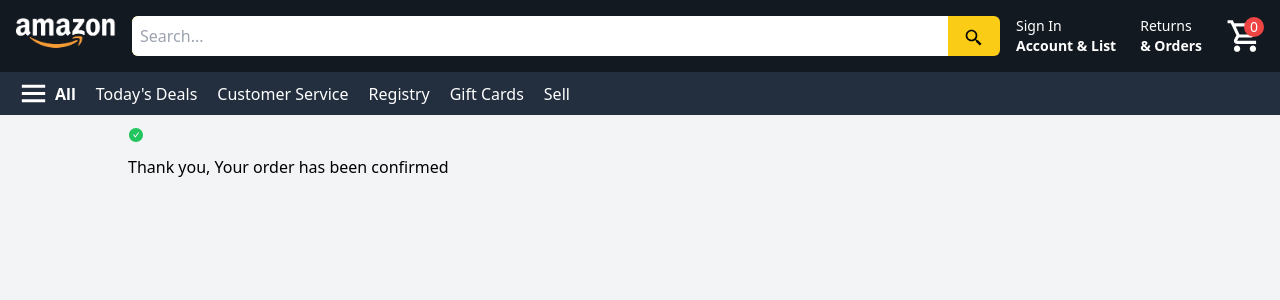
Repository: Excell-09/amazon-clone
Page: /success
These files come from the project's save history. The page is drawn as it stood at one moment and after a run of saves; the edit follows.
The browser window is 1280 px wide. The pictures show the whole page.
The page's requests for data from a server got no answer. The project was rebuilt for these pictures with package versions that can differ from the ones it lists, and the page was loaded fresh each time. The framework's server and built-in components were replaced by stand-ins that run in the browser. No one was signed in, and anything a server would have sent is missing. Also part of the build but not shown: next.config.js.

Above is the page before, as saved 2023-02-15 15:03:06.

### src/pages/success.js
import Header from '@/components/Header';
import React from 'react';
import { AiFillCheckCircle } from 'react-icons/ai';

const success = () => {
  return (
    <div className=' min-h-screen'>
      <Header />
      <main className='max-w-screen-lg mx-auto'>
        <div>
          <div>
            <AiFillCheckCircle className='text-green-500 h-10' />
            <h1 className=''>Thank you, Your order has been confirmed</h1>
          </div>
        </div>
      </main>
    </div>
  );
};

export default success;

### src/styles/globals.css
@tailwind base;
@tailwind components;
@tailwind utilities;

@layer base {
  body {
    @apply bg-gray-100;
  }
}
@layer components {
  .link {
    @apply cursor-pointer hover:underline;
  }
  .button {
    @apply p-2 bg-gradient-to-b from-yellow-300 to-yellow-400 border border-yellow-300 rounded-sm focus:outline-none focus:ring-2 focus:ring-yellow-500 active:from-yellow-500;
  }
}

.scroll-hidden::-webkit-scrollbar {
  display: none;
}

### src/app/store.js
import { configureStore } from '@reduxjs/toolkit';
import cartSlice from '@/slice/cartSlice';

export const store = configureStore({
  reducer: {
    cart: cartSlice,
  },
});

### src/components/Header.js
import Image from 'next/image';
import { BiSearchAlt2 } from 'react-icons/bi';
import { MdOutlineShoppingCart } from 'react-icons/md';
import { BiMenu } from 'react-icons/bi';
import { useSession, signIn, signOut } from 'next-auth/react';
import { useState } from 'react';
import { useRouter } from 'next/router';
import { useSelector } from 'react-redux';
import { selectItem } from '@/slice/cartSlice';
import { Logo } from '@/assets/image';

const Header = () => {
  const { data: session } = useSession();
  const [toggleLogOut, setToggleLogOut] = useState(false);
  const router = useRouter();
  const items = useSelector(selectItem);
  return (
    <header>
      {/* top nav */}

      <nav className='flex items-center bg-amazon_blue flex-grow p-4 space-x-4'>
        <div className='flex items-center flex-grow sm:flex-grow-0'>
          <Image
            onClick={() => {
              router.push('/');
            }}
            src={Logo}
            alt=''
            width={100}
            height={100}
            className='object-contain cursor-pointer'
          />
        </div>

        <div className='bg-yellow-400 hover:bg-yellow-500 hidden sm:flex items-center h-10 rounded-md flex-grow cursor-pointer'>
          <input
            type='text'
            placeholder='Search...'
            className='w-full p-2 h-full flex-shrink rounded-l-md focus:outline-none'
          />
          <span className='inline-block h-12 p-4 items-center justify-center '>
            <BiSearchAlt2 className='font-bold text-xl' />
          </span>
        </div>

        <div className='text-white flex items-center text-xs sm:text-sm space-x-6 whitespace-nowrap'>
          <div
            className='link relative'
            onClick={session?.user ? () => setToggleLogOut(!toggleLogOut) : signIn}>
            <p>{session?.user ? `Hello ${session.user.name}` : 'Sign In'}</p>
            <p className='font-extrabold'>Account & List</p>
            <div
              onClick={signOut}
              className={`absolute bg-red-500 font-bold transition-all duration-100 p-2 -bottom-7 rounded-md left-1/2 translate-y-1/2 -translate-x-1/2 text-lg ${
                !toggleLogOut && 'opacity-0 pointer-events-none'
              }`}>
              Logout
            </div>
          </div>
          <div className='link hidden sm:block'>
            <p>Returns</p>
            <p className='font-extrabold'>& Orders</p>
          </div>
          <div
            className='link relative'
            onClick={() => router.push('/checkout')}>
            <span className='bg-red-500 absolute rounded-full top-0 right-0 w-5 h-5 text-center'>{items.length}</span>
            <MdOutlineShoppingCart className='text-[38px]' />
          </div>
        </div>
      </nav>

      {/* button nav */}
      <nav className='flex items-center bg-amazon_blue-light text-white space-x-5 px-4 py-1 overflow-x-auto scroll-hidden overflow-hidden whitespace-nowrap'>
        <p className='link flex font-extrabold items-center'>
          {' '}
          <BiMenu className='text-[35px] mr-1' />
          All
        </p>
        <p className='link'>Today's Deals</p>
        <p className='link'>Customer Service</p>
        <p className='link'>Registry</p>
        <p className='link'>Gift Cards</p>
        <p className='link'>Sell</p>
      </nav>
    </header>
  );
};

export default Header;

### src/slice/cartSlice.js
import { createSlice } from '@reduxjs/toolkit';

const initialState = {
  items: [],
};

export const cartSlice = createSlice({
  name: 'cart',
  initialState,
  reducers: {
    addToCart: (state, action) => {
      state.items.push(action.payload);
    },
    removeToCart: (state, action) => {
      const index = state.items.findIndex((item) => item.id === action.payload.id);
      if (state.items.length > -1) {
        state.items.splice(index, 1);
      } else {
        console.warn('cant to remove, cause no item in here');
      }
    },
  },
});

export const { addToCart, removeToCart } = cartSlice.actions;

export const selectItem = (state) => state.cart.items;
export const selectTotalItem = (state) => state.cart.items.reduce((total, item) => total + item.price, 0);

export default cartSlice.reducer;

### src/assets/image.js
import Logo from '@/assets/amazon_PNG11.png';
import Primebanner from '@/assets/primeday.png';
import Carousel1 from '@/assets/carousel1.jpg';
import Carousel2 from '@/assets/carousel2.jpg';
import Carousel3 from '@/assets/carousel3.jpg';

export { Logo, Primebanner, Carousel1, Carousel2, Carousel3 };

### tailwind.config.js
/** @type {import('tailwindcss').Config} */
module.exports = {
  content: ['./src/**/*.{js,ts,jsx,tsx}'],

  theme: {
    extend: {
      colors: {
        amazon_blue: {
          light: '#232F3E',
          DEFAULT: '#131921',
        },
      },
    },
  },
  plugins: [require('@tailwindcss/line-clamp')],
};

Loaded but not shown: src/pages/_app.js (common file); src/pages/_document.js (common file)

After the next 2 saves:
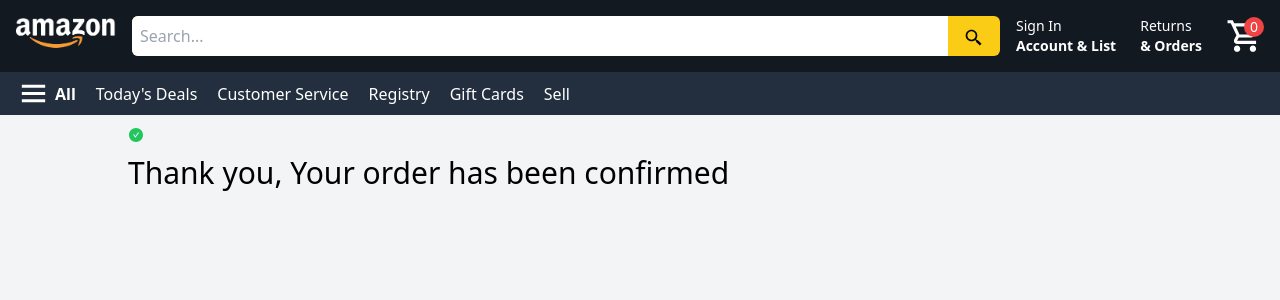
The 2 saves are shown as one change because they came seconds apart.
The last was saved 11 s later.
--- a/src/pages/success.js
+++ b/src/pages/success.js
@@ -10,7 +10,7 @@
         <div>
           <div>
             <AiFillCheckCircle className='text-green-500 h-10' />
-            <h1 className=''>Thank you, Your order has been confirmed</h1>
+            <h1 className='text-3xl'>Thank you, Your order has been confirmed</h1>
           </div>
         </div>
       </main>
